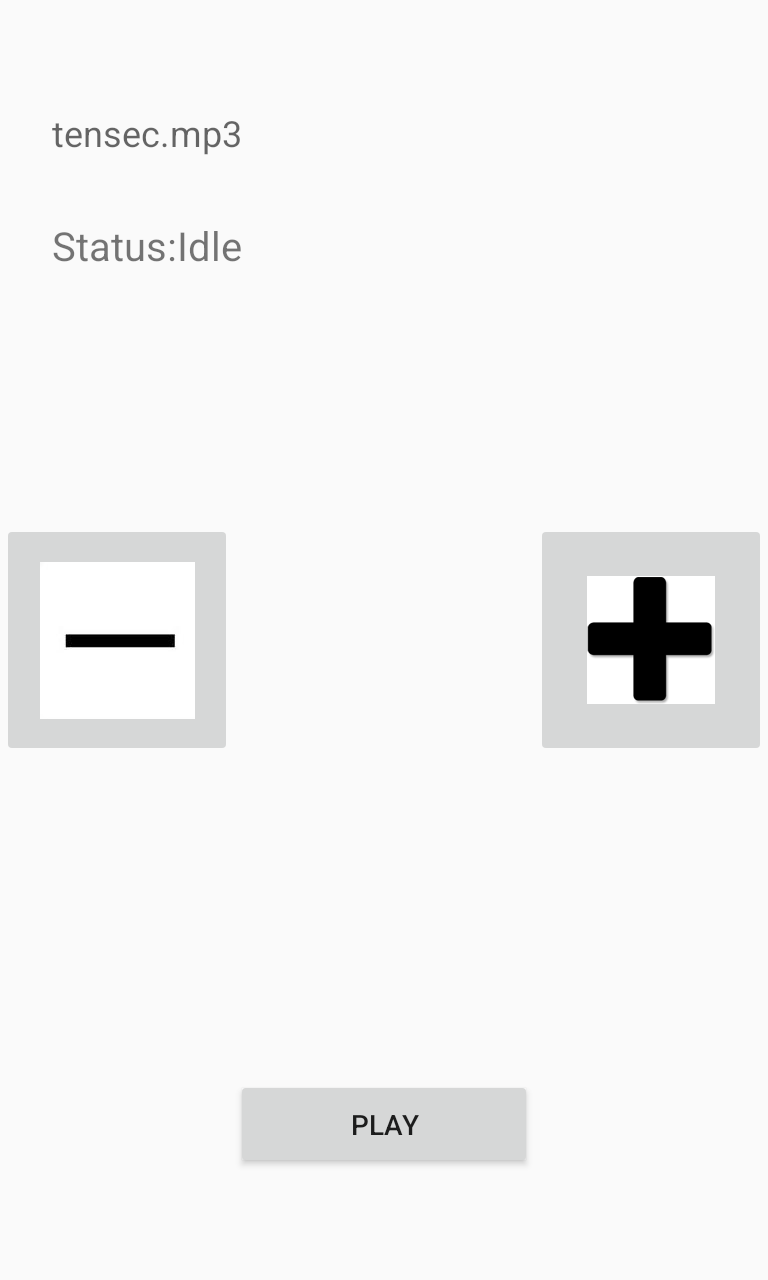
Repository: AlvaroCortez/Assigment2
Layout: AudioPlayer/res/layout/media_player_layout.xml
These files come from the project's save history. The layout is drawn as it stood at one moment and after the next save; the edit follows.
It is drawn on a 768 x 1280 px phone screen (xhdpi) without system bars, with theme AppTheme; the app's code is not run.

Above is the layout before, as saved 2014-06-04 17:40:42.

After the next save:
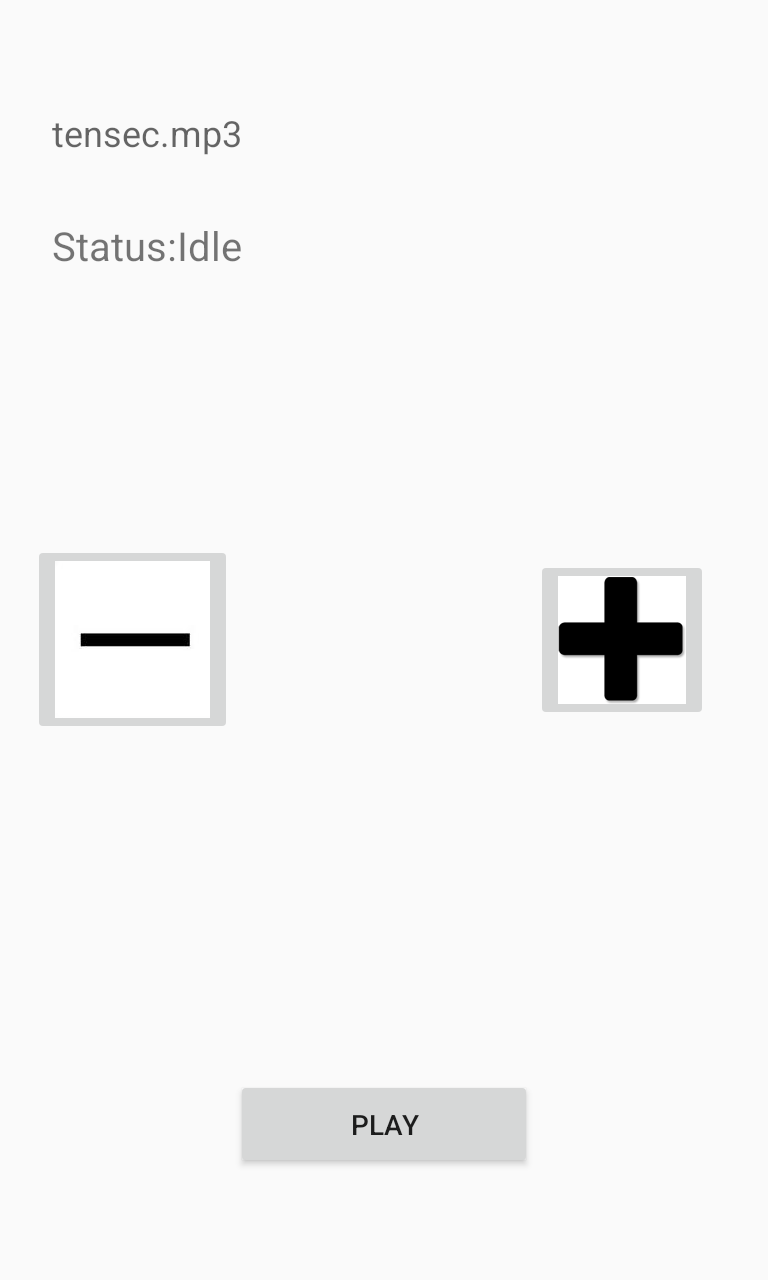
Saved 3 min 39 s later.
--- a/AudioPlayer/res/layout/media_player_layout.xml
+++ b/AudioPlayer/res/layout/media_player_layout.xml
@@ -37,16 +37,16 @@
 
     <ImageButton
         android:id="@+id/imageButton_volume_plus"
-        android:layout_width="120dp"
-        android:layout_height="120dp"
+        android:layout_width="wrap_content"
+        android:layout_height="wrap_content"
         android:layout_centerVertical="true"
         android:layout_toRightOf="@+id/audio_button"
         android:src="@drawable/plus" />
 
     <ImageButton
         android:id="@+id/imageButton_volume_minus"
-        android:layout_width="120dp"
-        android:layout_height="120dp"
+        android:layout_width="wrap_content"
+        android:layout_height="wrap_content"
         android:layout_centerVertical="true"
         android:layout_toLeftOf="@+id/audio_button"
         android:src="@drawable/minus" />
